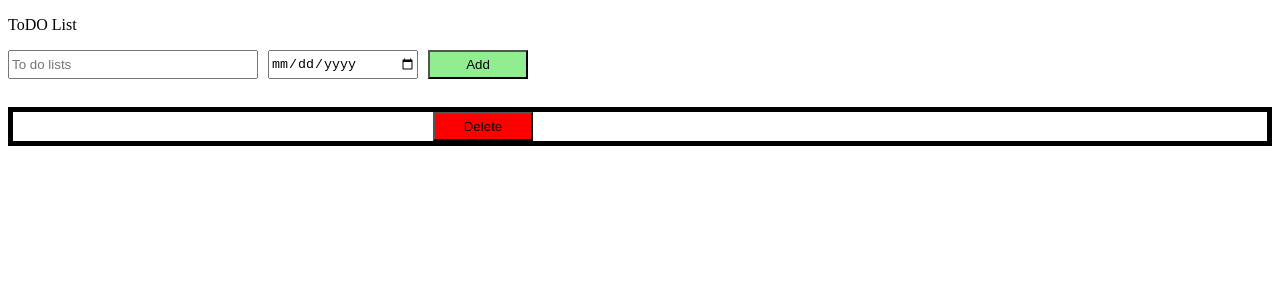
Repository: pgyunknown/ToDo-List
Page: index.html
An editor plug-in stored every save of this project. The page is shown before and after a run of saves, followed by the edit.
The browser window is 1280 px wide. The pictures show the whole page.

Above is the page before, as saved 2024-08-29 20:50:25.

After the next 4 saves:
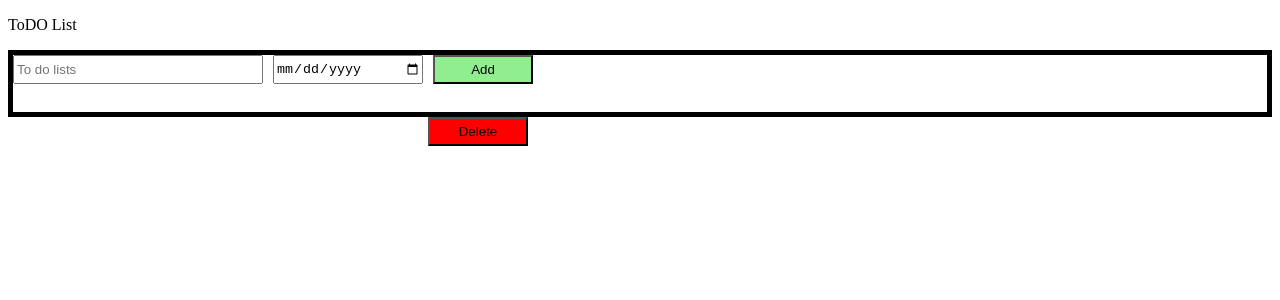
The 4 saves are shown as one change because they came seconds apart.
The last was saved 14 s later.
--- a/index.css
+++ b/index.css
@@ -3,8 +3,6 @@
   grid-template-columns: 250px 150px 100px;
   column-gap: 10px;
   row-gap: 10px;
-  border: 5px solid black;
-
 }
 
 .grid-body{
@@ -12,7 +10,7 @@
   grid-template-columns: 250px 150px 100px;
   column-gap: 10px;
   row-gap: 10px;
-
+  border: 5px solid black;
 }
 
 .add-b{
